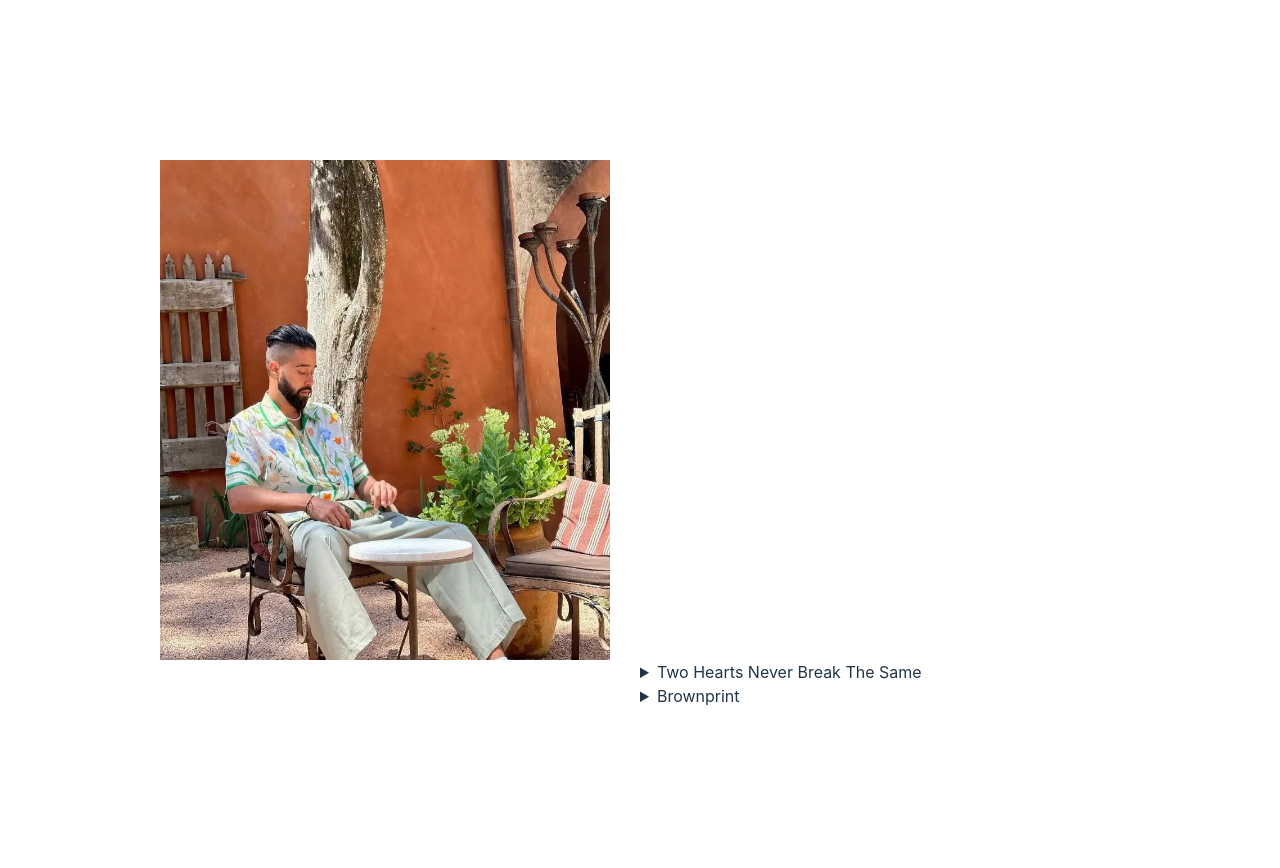
Repository: GavinPahal/my_app
Page: / (app in react/)
These files come from the project's save history. The page is drawn as it stood at one moment and after the next save; the edit follows.
The browser window is 1280 px wide. The pictures show the whole page.
The project was rebuilt for these pictures with package versions that can differ from the ones it lists, and the page was loaded fresh each time. Also part of the build but not shown: react/vite.config.js.

Above is the page before, as saved 2024-09-14 11:22:42.

### react/src/App.jsx
import { useState } from 'react'
import ap from '/Untitled-34.jpg'
import './App.css'

function App() {
  const [count, setCount] = useState(0)

  return (
    <>
    <div className='image'>
    <img src={ap} alt="Vite logo" width={450} height={500}/>
    </div>
   <div className='album'>
      <details name="reqs">
  <summary>Two Hearts Never Break The Same</summary>
  <ol>
    <li>All Night(Live)</li>
    <li>Hills</li>
    <li>SummerHigh</li>
    <li>Wo Noor</li>
    <li>Dil Nu</li>
  </ol>
</details>
<details name="reqs">
  <summary>Brownprint</summary>
  <ol>
    <li>Brownprint</li>
    <li>315</li>
    <li>Old Money</li>
    <li>Losing Myself</li>
    <li>Distance</li>
    <li>After Midnight</li>
    <li>Bora Bora</li>
    <li>Sweet Flower</li>
    <li>To Be Contuined</li>
  </ol>
</details>
</div>
    </>
  )
}

export default App

### react/src/App.css
.image{
  display: flex;
  padding-top: 10rem;
  padding-left: 10rem;
}


.album{
display: flex;
flex-direction: column;
justify-content:center;
padding-left: 40rem;
padding-bottom: 10rem;
padding-right: 20rem;
}

Loaded but not shown: react/index.html (common file); react/src/main.jsx (common file); react/src/index.css (common file)

After the next save:
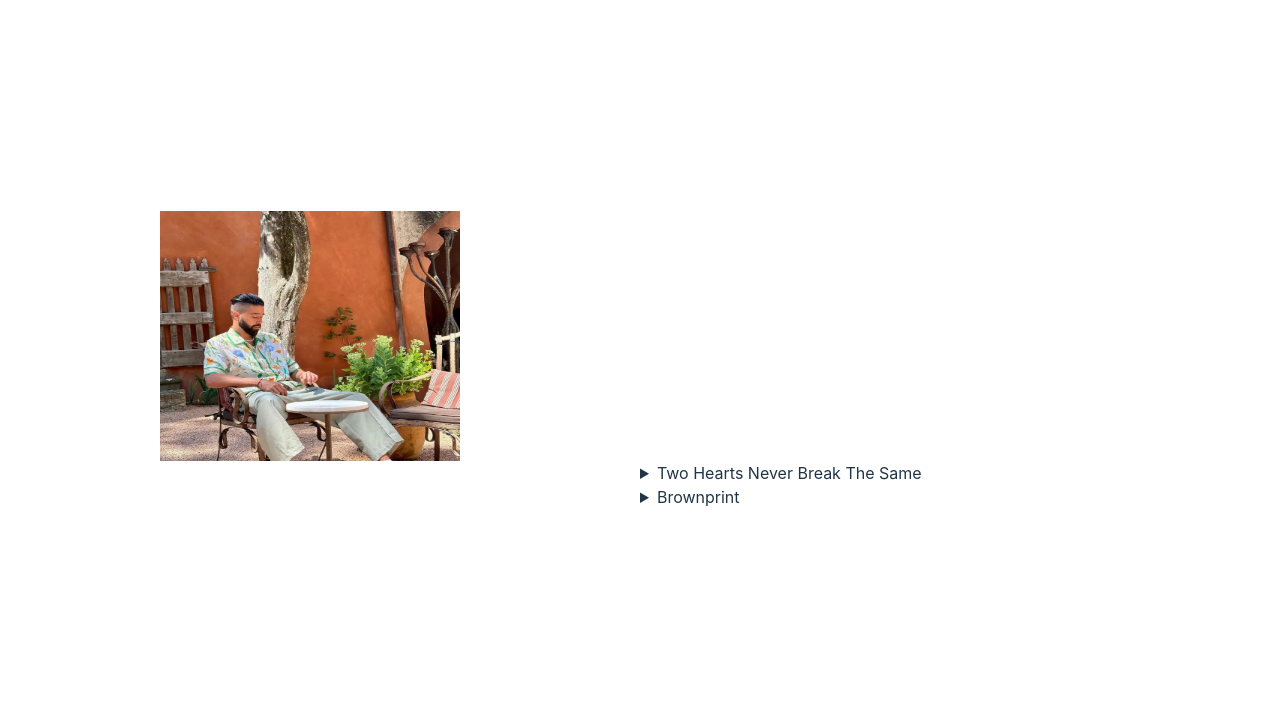
Saved 41 s later.
--- a/react/src/App.jsx
+++ b/react/src/App.jsx
@@ -8,7 +8,7 @@
   return (
     <>
     <div className='image'>
-    <img src={ap} alt="Vite logo" width={450} height={500}/>
+    <img src={ap} alt="Vite logo" width={300} height={250}/>
     </div>
    <div className='album'>
       <details name="reqs">
